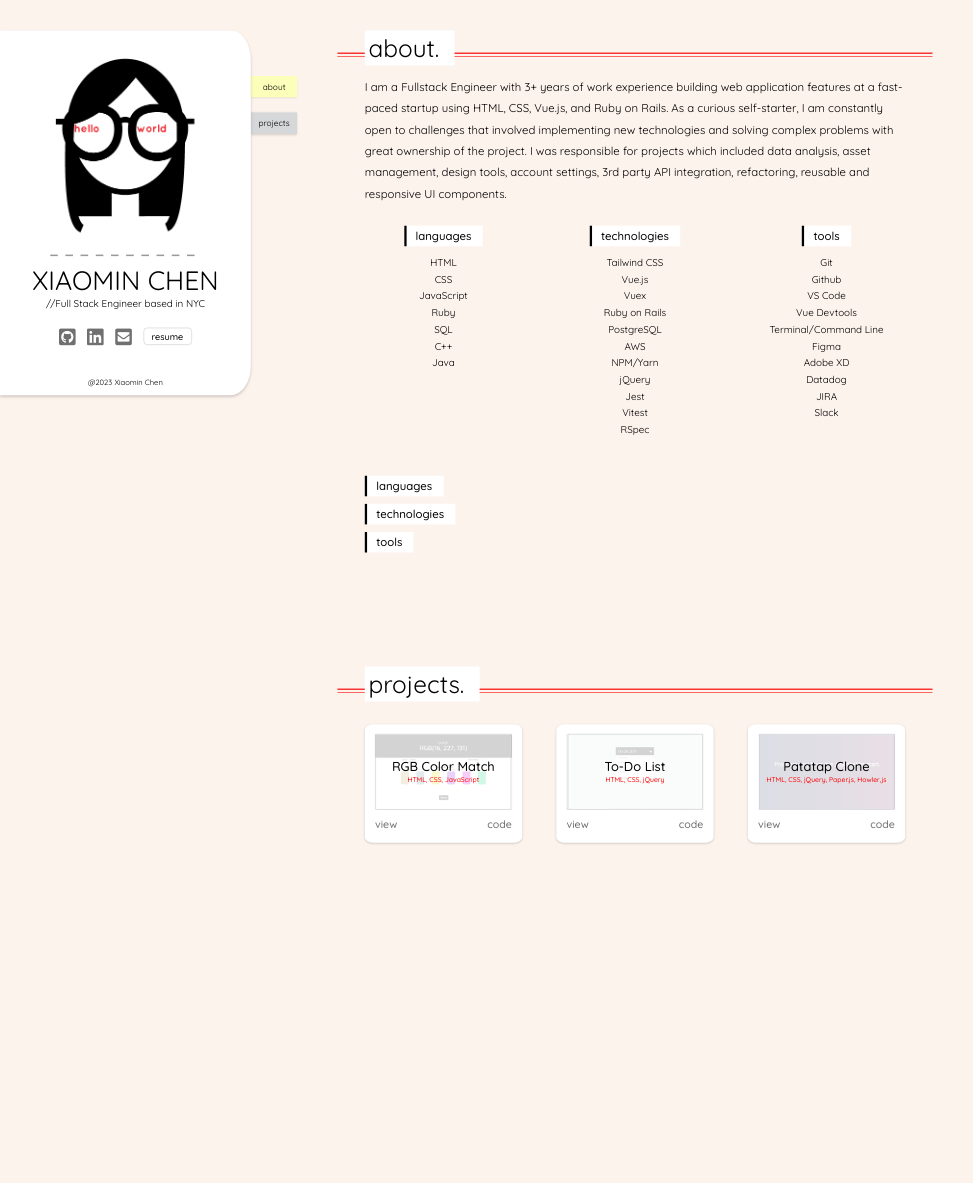
Repository: xchen136/xchen136.github.io
Page: index.html
These files come from the project's save history. The page is drawn as it stood at one moment and after the next save; the edit follows.
The browser window is 1280 px wide. The pictures show the whole page, at 76% of full size.
Some web libraries are served in a nearby version. The style sheet was rebuilt from its Sass, Less or Tailwind sources for each picture, by a compiler version that may differ from the author's.

Above is the page before, as saved 2023-04-08 13:13:28.

After the next save:
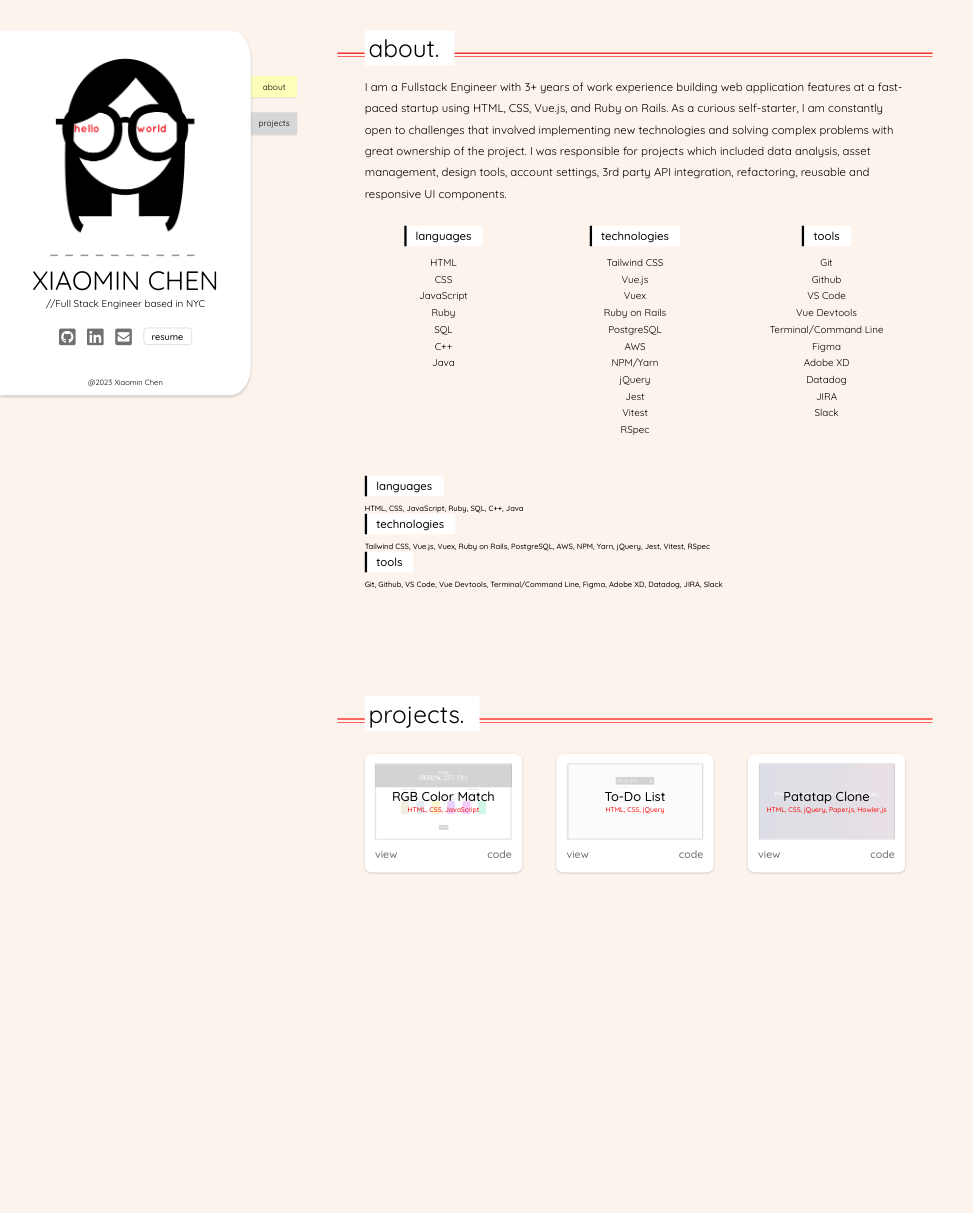
Saved 9 min 27 s later.
--- a/index.html
+++ b/index.html
@@ -153,19 +153,19 @@
 			</div>
 
 			<div class="skill-box-col">
-				<div class="">
+				<div class="skill-box-col__section">
 					<h3 class="heading-tertiary skill-title">Languages</h3>
-					<div class="skill-row">
+					<div class="skill-box-col__list">
 						HTML, CSS, JavaScript, Ruby, SQL, C++, Java
 					</div>
 				</div>
-				<div class="">
+				<div class="skill-box-col__section">
 					<h3 class="heading-tertiary skill-title">Technologies</h3>
-					<div class="skill-row">Tailwind CSS, Vue.js, Vuex, Ruby on Rails, PostgreSQL, AWS, NPM, Yarn, jQuery, Jest, Vitest, RSpec</div>
-				</div>
-				<div class="">
+					<div class="skill-box-col__list">Tailwind CSS, Vue.js, Vuex, Ruby on Rails, PostgreSQL, AWS, NPM, Yarn, jQuery, Jest, Vitest, RSpec</div>
+				</div>
+				<div class="skill-box-col__section">
 					<h3 class="heading-tertiary skill-title">Tools</h3>
-					<div class="skill-row">Git, Github, VS Code, Vue Devtools, Terminal/Command Line, Figma, Adobe XD, Datadog, JIRA, Slack</div>
+					<div class="skill-box-col__list">Git, Github, VS Code, Vue Devtools, Terminal/Command Line, Figma, Adobe XD, Datadog, JIRA, Slack</div>
 				</div>
 			</div>
 		</section>
--- a/sass/pages/_home.scss
+++ b/sass/pages/_home.scss
@@ -87,6 +87,21 @@
 	.skill-box-row{
 		@include respond(sm-phone){
 			display: none;
+		}
+	}
+
+	.skill-box-col{
+		@include respond(sm-phone){
+			display: none;
+		}
+
+		&__list {
+			@include respond(sm-phone){
+				display: block;
+				font-size: 2.5rem;
+				font-weight: 400;
+				padding: 0 10px;
+			}
 		}
 	}
 
@@ -184,15 +199,6 @@
 	}
 }
 
-.skill-row {
-	display: none;
-	@include respond(sm-phone){
-		display: block;
-		font-size: 2.5rem;
-		font-weight: 400;
-	}
-}
-
 
 .section-design,
 .section-develop{
